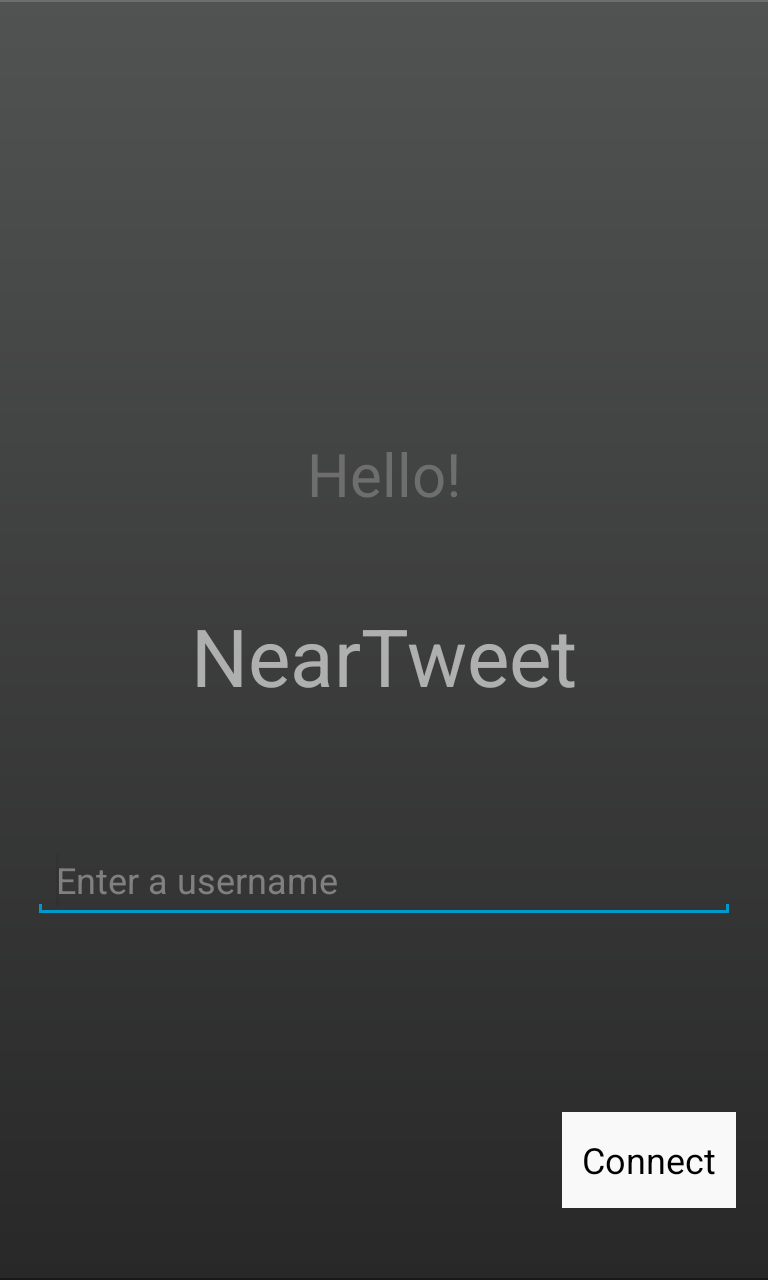
Repository: mbborgez/nearTweet
Layout: nearTweetClient/res/layout/activity_login.xml
The author's editor kept a copy of each file at every save. The layout is drawn from the files as they stood at one save, then again after the next save.
It is drawn on a 768 x 1280 px phone screen (xhdpi) without system bars, with theme Theme.nearTweet; the app's code is not run.

Above is the layout before, as saved 2013-03-31 18:34:35.

After the next save:
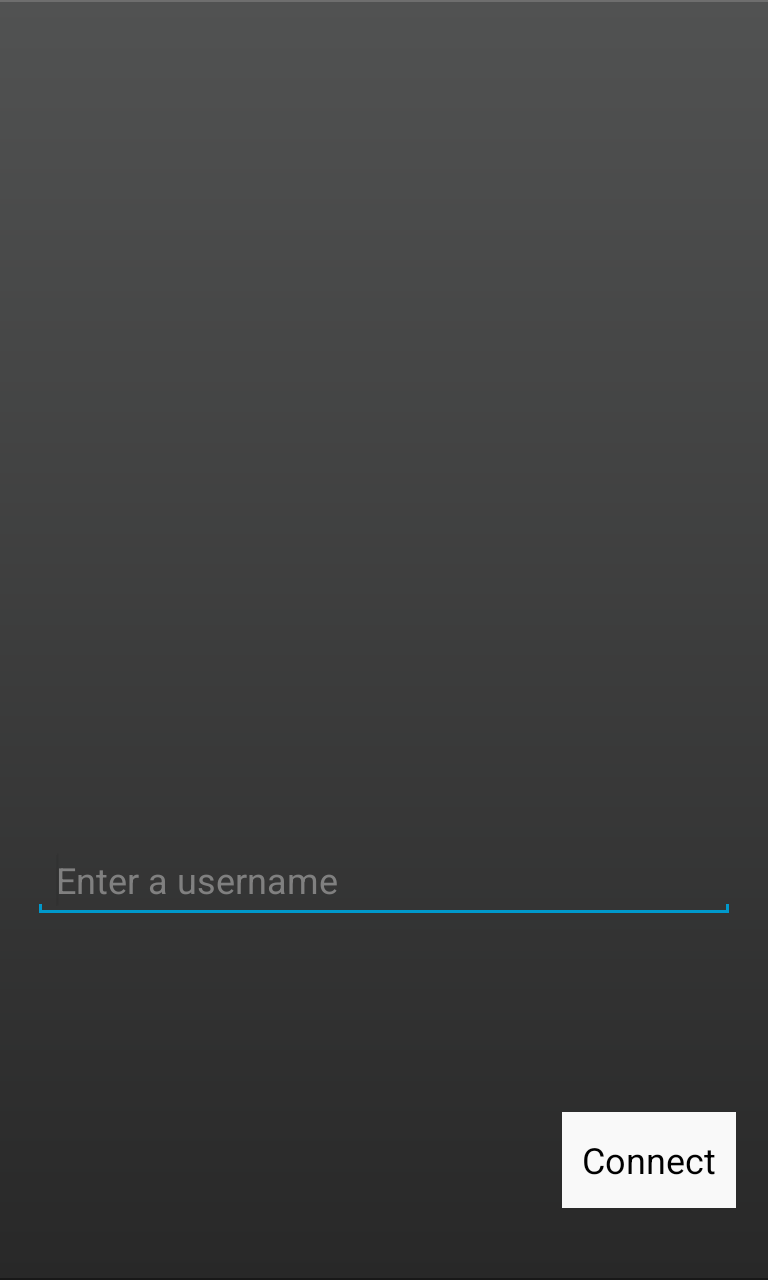
Saved 32 min 2 s later.
--- a/nearTweetClient/res/layout/activity_login.xml
+++ b/nearTweetClient/res/layout/activity_login.xml
@@ -33,26 +33,26 @@
         <requestFocus />
     </EditText>
 
-    <TextView
-        android:id="@+id/helloTextView"
-        android:layout_width="wrap_content"
-        android:layout_height="wrap_content"
-        android:layout_above="@+id/usernameText"
-        android:layout_centerHorizontal="true"
-        android:layout_marginBottom="66dp"
-        android:text="@string/app_name"
-        android:textColor="#cccc"
-        android:textSize="40sp" />
+<!--     <TextView -->
+<!--         android:id="@+id/helloTextView" -->
+<!--         android:layout_width="wrap_content" -->
+<!--         android:layout_height="wrap_content" -->
+<!--         android:layout_above="@+id/usernameText" -->
+<!--         android:layout_centerHorizontal="true" -->
+<!--         android:layout_marginBottom="66dp" -->
+<!--         android:text="@string/app_name" -->
+<!--         android:textColor="#cccc" -->
+<!--         android:textSize="40sp" /> -->
 
-    <TextView
-        android:id="@+id/textView2"
-        android:layout_width="wrap_content"
-        android:layout_height="wrap_content"
-        android:layout_above="@+id/helloTextView"
-        android:layout_centerHorizontal="true"
-        android:layout_marginBottom="44dp"
-        android:text="@string/welcome"
-        android:textColor="@color/actionbar_background_top"
-        android:textSize="30sp" />
+<!--     <TextView -->
+<!--         android:id="@+id/textView2" -->
+<!--         android:layout_width="wrap_content" -->
+<!--         android:layout_height="wrap_content" -->
+<!--         android:layout_above="@+id/helloTextView" -->
+<!--         android:layout_centerHorizontal="true" -->
+<!--         android:layout_marginBottom="44dp" -->
+<!--         android:text="@string/welcome" -->
+<!--         android:textColor="@color/actionbar_background_top" -->
+<!--         android:textSize="30sp" /> -->
 
 </RelativeLayout>
